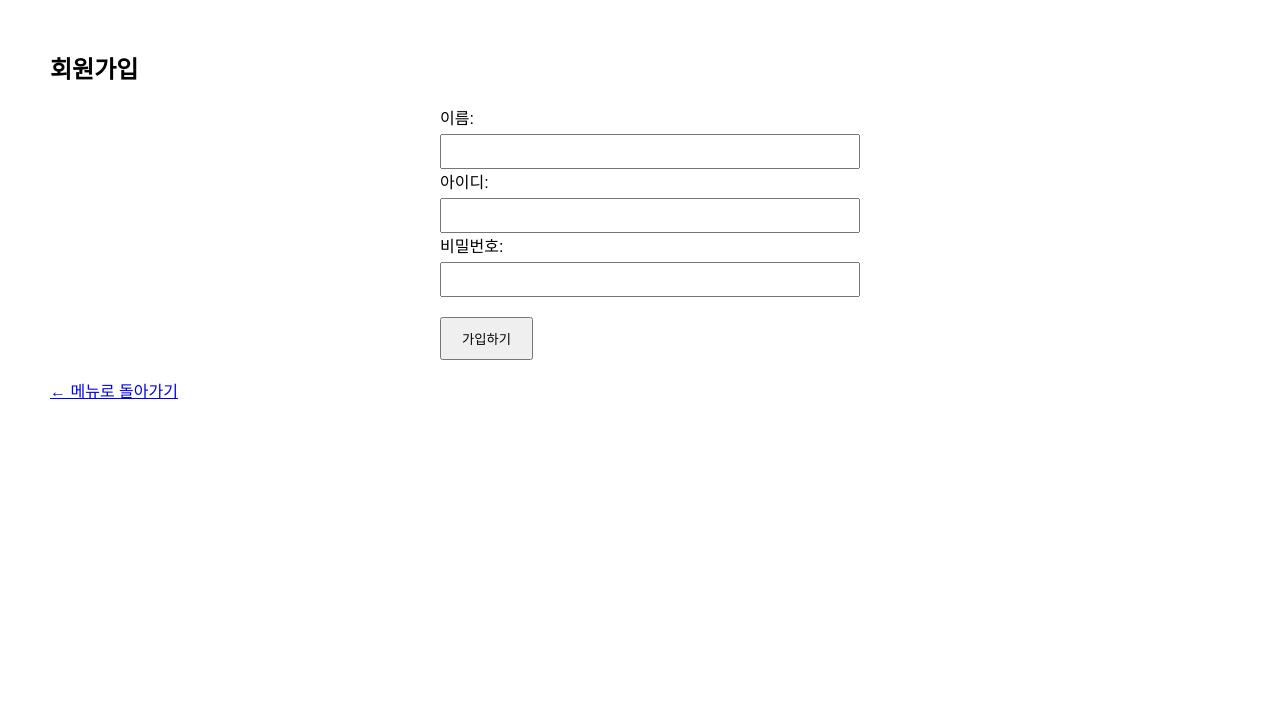
Repository: DearMyStore/ui-test
Page: http://localhost/HotelReservationSystem/register.jsp
An editor plug-in stored every save of this project. The page is shown before and after the next save, followed by the edit.
The browser window is 1280 px wide. The pictures show the whole page.
The page is served by Tomcat 9.

Above is the page before, as saved 2025-05-27 20:27:34.

After the next save:
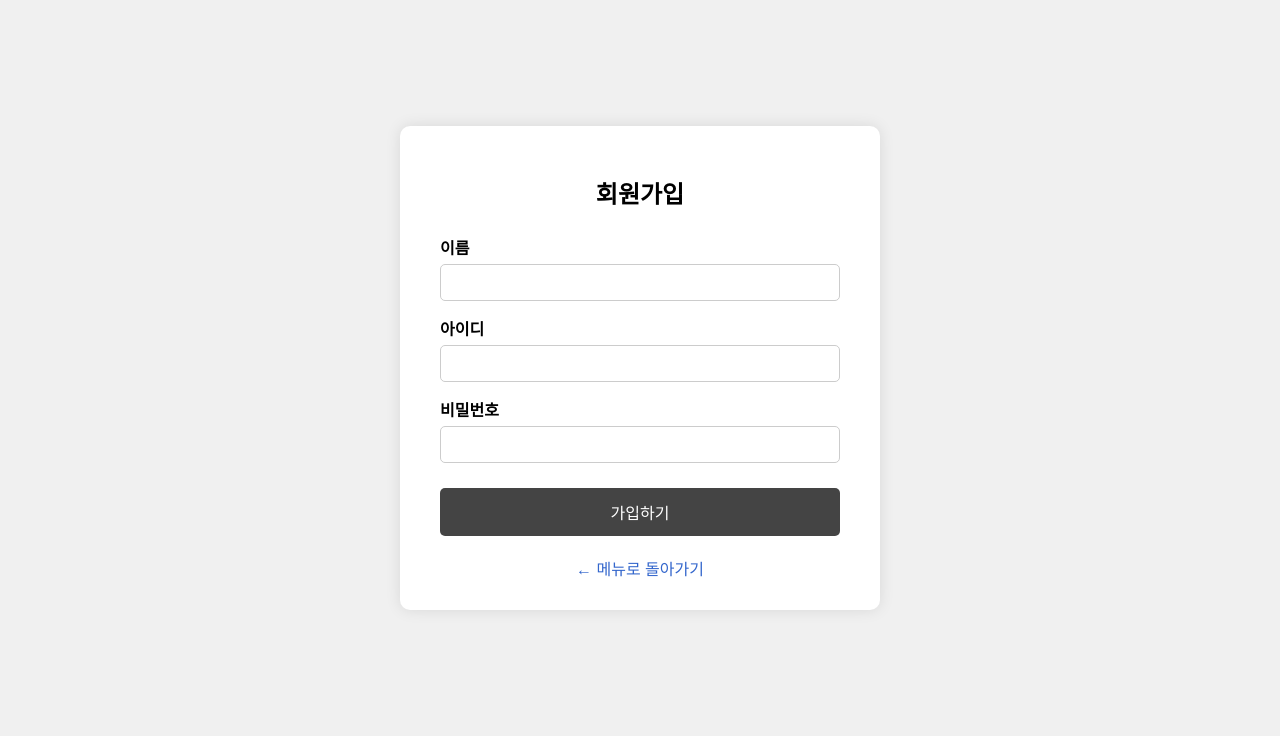
Saved 5 min 49 s later.
--- a/HRS/HotelReservationSystem/src/main/webapp/register.jsp
+++ b/HRS/HotelReservationSystem/src/main/webapp/register.jsp
@@ -1,4 +1,4 @@
-<%@ page language="java" contentType="text/html; charset=UTF-8" pageEncoding="UTF-8"%>
+<%@ page contentType="text/html; charset=UTF-8" pageEncoding="UTF-8"%>
 <%
     if ("POST".equalsIgnoreCase(request.getMethod())) {
         session.setAttribute("name", request.getParameter("name"));
@@ -14,28 +14,77 @@
     <meta charset="UTF-8">
     <title>회원가입</title>
     <style>
-     body { font-family: Arial, sans-serif; margin: 50px; }
-        form { max-width: 400px; margin: auto; }
-        label { display: block; margin-top: 15px; }
-        input[type="text"], input[type="email"], input[type="password"] {
-            width: 100%; padding: 8px; margin-top: 5px;
+        body {
+            background-color: #f0f0f0;
+            font-family: Arial, sans-serif;
+            display: flex;
+            justify-content: center;
+            align-items: center;
+            height: 100vh;
+        }
+        .form-container {
+            background-color: #ffffff;
+            padding: 30px 40px;
+            border-radius: 10px;
+            box-shadow: 0 0 15px rgba(0,0,0,0.1);
+            width: 400px;
+        }
+        h2 {
+            text-align: center;
+            margin-bottom: 25px;
+        }
+        label {
+            display: block;
+            margin-top: 15px;
+            font-weight: bold;
+        }
+        input[type="text"], input[type="password"] {
+            width: 100%;
+            padding: 10px;
+            margin-top: 5px;
+            border: 1px solid #cccccc;
+            border-radius: 5px;
+            box-sizing: border-box;
         }
         input[type="submit"] {
-            margin-top: 20px; padding: 10px 20px;
+            width: 100%;
+            margin-top: 25px;
+            padding: 12px;
+            background-color: #444444;
+            color: white;
+            border: none;
+            border-radius: 5px;
+            font-size: 16px;
+            cursor: pointer;
+        }
+        input[type="submit"]:hover {
+            background-color: #222222;
+        }
+        .back-link {
+            display: block;
+            text-align: center;
+            margin-top: 20px;
+            color: #3366cc;
+            text-decoration: none;
         }
     </style>
 </head>
 <body>
-    <h2>회원가입</h2>
-    <form method="post">
+    <div class="form-container">
+        <h2>회원가입</h2>
+        <form method="post">
+            <label for="name">이름</label>
+            <input type="text" name="name" id="name" required>
 
-        <label for="name">이름:</label>
-         <input type="text" name="name" required><br>
-        아이디: <input type="text" name="username" required><br>
-        비밀번호: <input type="password" name="password" required><br>
-        <input type="submit" value="가입하기">
-    </form>
-    <br>
-    <a href="menu.jsp">← 메뉴로 돌아가기</a>
+            <label for="username">아이디</label>
+            <input type="text" name="username" id="username" required>
+
+            <label for="password">비밀번호</label>
+            <input type="password" name="password" id="password" required>
+
+            <input type="submit" value="가입하기">
+        </form>
+        <a class="back-link" href="menu.jsp">← 메뉴로 돌아가기</a>
+    </div>
 </body>
 </html>
